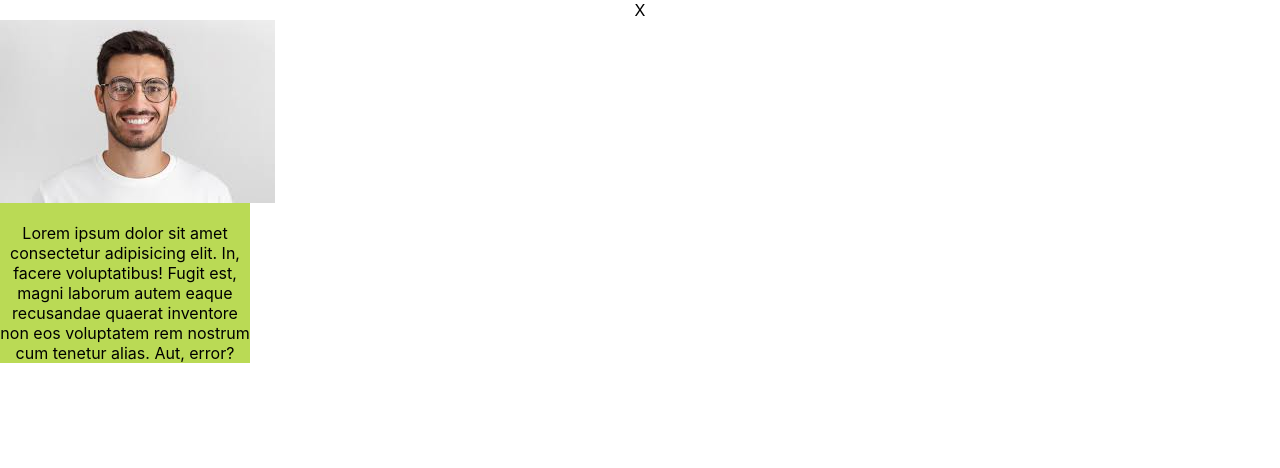
Repository: mikelnorth/team-profile-demo
Page: /
An editor plug-in stored every save of this project. The page is shown before and after the next save, followed by the edit.
The browser window is 1280 px wide. The pictures show the whole page.
The project was rebuilt for these pictures with package versions that can differ from the ones it lists, and the page was loaded fresh each time.

Above is the page before, as saved 2022-05-19 18:27:47.

After the next save:
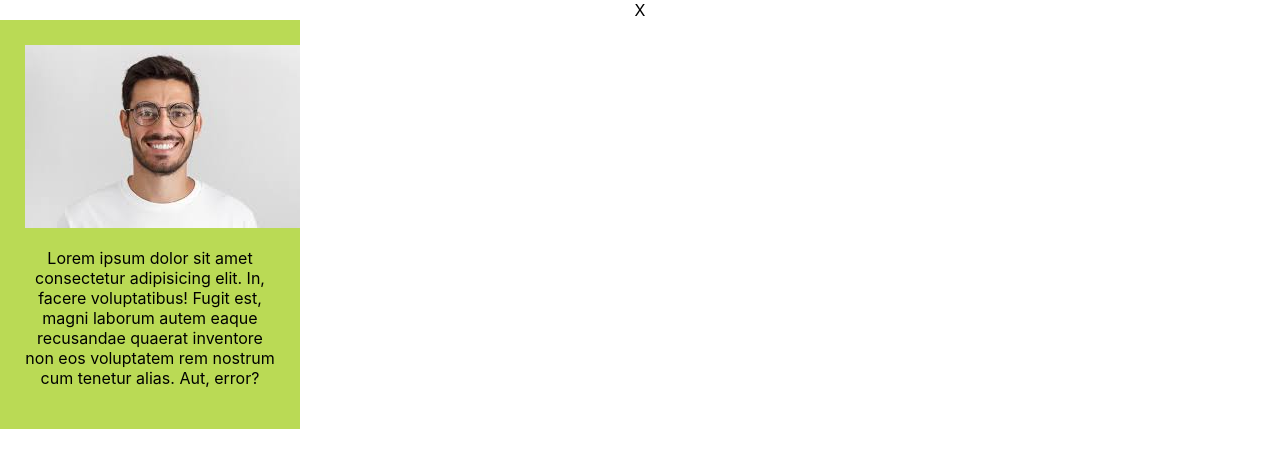
Saved 27 s later.
--- a/src/components/Card.scss
+++ b/src/components/Card.scss
@@ -1,4 +1,5 @@
 .card {
   width: 250px;
+  padding: 25px;
   background-color: #bada55;
 }
